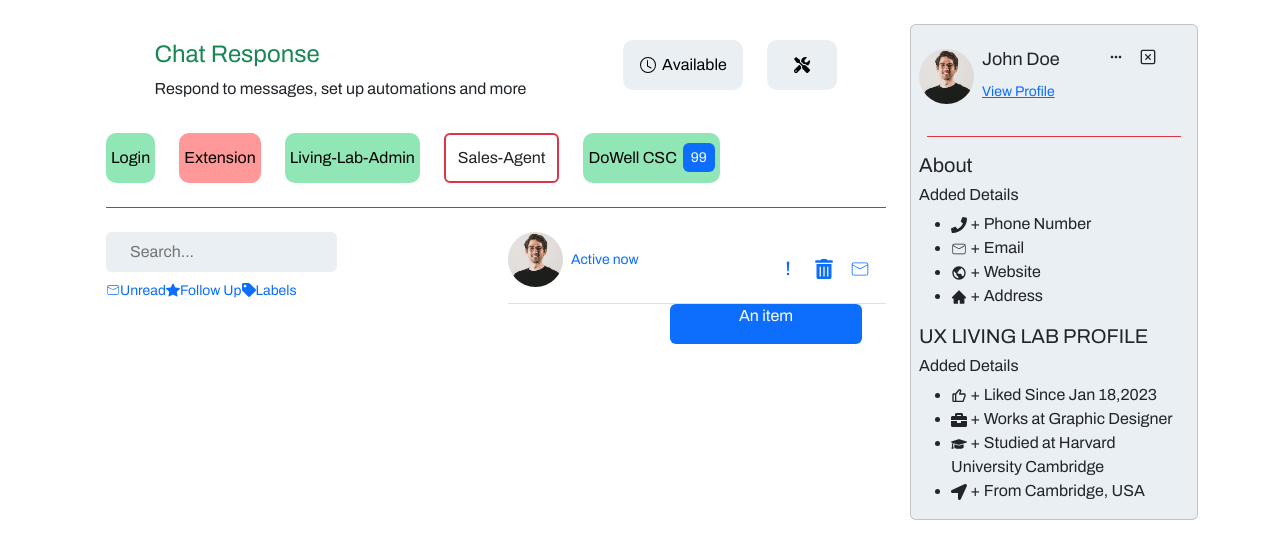
Repository: uh-sman/UX-Living-Lab-Chat
Page: /
An editor plug-in stored every save of this project. The page is shown before and after the next save, followed by the edit.
The browser window is 1280 px wide. The pictures show the whole page.
The project was rebuilt for these pictures with package versions that can differ from the ones it lists, and the page was loaded fresh each time.

Above is the page before, as saved 2023-05-10 17:50:43.

### public/index.html
<!DOCTYPE html>
<html lang="en">
  <head>
    <meta charset="utf-8" />
    <link rel="icon" href="%PUBLIC_URL%/favicon.ico" />
    <meta name="viewport" content="width=device-width, initial-scale=1" />
    <meta name="theme-color" content="#000000" />
    <meta
      name="description"
      content="Web site created using create-react-app"
    />
    <link rel="apple-touch-icon" href="%PUBLIC_URL%/logo192.png" />
    <!--
      manifest.json provides metadata used when your web app is installed on a
      user's mobile device or desktop. See https://developers.google.com/web/fundamentals/web-app-manifest/
    -->
    <link rel="manifest" href="%PUBLIC_URL%/manifest.json" />
    <!-- font awsome CDN -->

    <link
      rel="stylesheet"
      href="https://cdn.jsdelivr.net/npm/@fortawesome/fontawesome-free@6.2.1/css/fontawesome.min.css"
      integrity="sha384-QYIZto+st3yW+o8+5OHfT6S482Zsvz2WfOzpFSXMF9zqeLcFV0/wlZpMtyFcZALm"
      crossorigin="anonymous"
    />
    <!--
      Notice the use of %PUBLIC_URL% in the tags above.
      It will be replaced with the URL of the `public` folder during the build.
      Only files inside the `public` folder can be referenced from the HTML.

      Unlike "/favicon.ico" or "favicon.ico", "%PUBLIC_URL%/favicon.ico" will
      work correctly both with client-side routing and a non-root public URL.
      Learn how to configure a non-root public URL by running `npm run build`.
    -->
    <title>React App</title>
  </head>
  <body>
    <noscript>You need to enable JavaScript to run this app.</noscript>
    <div id="root"></div>
    <!--
      This HTML file is a template.
      If you open it directly in the browser, you will see an empty page.

      You can add webfonts, meta tags, or analytics to this file.
      The build step will place the bundled scripts into the <body> tag.

      To begin the development, run `npm start` or `yarn start`.
      To create a production bundle, use `npm run build` or `yarn build`.
    -->
  </body>
</html>

### src/index.css
* {
  text-decoration: none;
}

### src/App.js
import "./App.css";
import "bootstrap/dist/css/bootstrap.min.css";
import "bootstrap/dist/js/bootstrap.bundle.min";
import Container from "./container";
function App() {
  return (
    <div className="App">
      <Container />
    </div>
  );
}

export default App;

### src/App.css
@import url("https://fonts.googleapis.com/css2?family=Archivo&display=swap");
:root {
  --header-color: #0d7813;
  /* --button-color :#00000;
  --button-color :#90E7B5; */
  --bg-color: #e9eff3;
  /* #90E7B5 */

  --font: "Archivo", sans-serif;
}

* {
  text-decoration: none;
  /* list-style: none; */
  font-family: "Archivo", sans-serif;
}

.body {
  font-family: "Archivo", sans-serif;
}
.header {
  color: var(--header-color);
  font-family: "Archivo", sans-serif;
}
.button {
  display: flex;
  align-items: center;
  background: var(--bg-color);
  justify-content: center;
  height: 50px;
  width: 120px;
  gap: 6px;
  border: none;
  border-radius: 10px;
}
.button2 {
  display: flex;
  align-items: center;
  background: var(--bg-color);
  justify-content: center;
  height: 50px;
  width: 70px;
  gap: 6px;
  border: none;
  border-radius: 10px;
}
.button3 {
  display: flex;
  align-items: center;
  background: #90e7b5;
  justify-content: center;
  height: 50px;
  max-width: contain;
  padding: 0px 5px;
  gap: 6px;
  border: none;
  border-radius: 10px;
}
.button4 {
  display: flex;
  align-items: center;
  background: #ff9898;
  justify-content: center;
  height: 50px;
  max-width: contain;
  padding: 0px 5px;
  gap: 6px;
  border: none;
  border-radius: 10px;
}
.image-style {
  width: 55px;
  height: 55px;
  border-radius: 500px;
}
.cardBody {
  background-color: var(--bg-color);
}
.input {
  border: var(--bg-color);
  outline: none;
  background: var(--bg-color);
}

### src/container/index.js
import React from "react";
import ChatSection from "./ChatSection";
import DetailsSection from "./DetailsSection";
const Container = () => {
  return (
    <div className="container">
      <div className="d-flex justify-content-around my-4">
        <ChatSection />
        <DetailsSection />
      </div>
    </div>
  );
};

export default Container;

### src/container/ChatSection.js
import React from "react";
import ChatHeader from "./ChatItems/ChatHeader";
import ProfileHead from "./Chats/message/ProfileHead";
import SearchBar from "./Chats/SearchBar";

const ChatSection = () => {
  return (
    <div className="container">
      <ChatHeader />
      {/* chats come here */}
      <div className="d-flex my-2">
        <SearchBar />
        <ProfileHead />
      </div>
    </div>
  );
};

export default ChatSection;

### src/container/DetailsSection.jsx
import React from "react";
import user from "../assets/user.jpg";
import AboutDetails from "./Details/AboutDetails";
import DetailsSectionButton from "./DetailsSectionButton";
const DetailsSection = ({ title, about }) => {
  return (
    <div>
      <div
        className="card"
        style={{ width: "18rem", backgroundColor: "#e9eff3" }}
      >
        <div className="mx-2">
          <div className="d-flex gap-5 mt-4 ">
            <figure className="d-flex gap-2">
              <img src={user} className=" image-style" />
              <div className="">
                <h4 className="body fw-bold" style={{ fontSize: "18px" }}>
                  {title}
                </h4>
                <a href="" className="fw-bold" style={{ fontSize: "14px" }}>
                  View Profile
                </a>
              </div>
            </figure>
            <DetailsSectionButton />
          </div>
          <div className="border-bottom border-danger mx-2 my-3"></div>
          <div className=""></div>
          {/* DETAILS */}
          <AboutDetails />
        </div>
      </div>
    </div>
  );
};
DetailsSection.defaultProps = {
  title: "John Doe",
  about: "About",
};

export default DetailsSection;

### src/container/ChatItems/ChatHeader.jsx
import React from "react";
import Buttons from "./Buttons";
import HeaderButtons from "./HeaderButtons";

const ChatHeader = ({ title, caption }) => {
  return (
    <div className="container">
      <div className=" d-flex justify-content-around my-3">
        <header>
          <h1 className="header fs-4 fw-bold text-success">{title}</h1>
          <p className="fw-medium  Header-font">{caption}</p>
        </header>
        <HeaderButtons />
      </div>
      <Buttons />
      <div className="border-bottom border-success my-4"></div>
    </div>
  );
};

export default ChatHeader;
ChatHeader.defaultProps = {
  title: "Chat Response",
  caption: "Respond to messages, set up automations and more",
};

### src/container/Chats/message/ProfileHead.jsx
import React from "react";
import { FaTrashAlt } from "react-icons/fa";
import user from "../../../assets/user.jpg";
import ChatIcons from "./ChatIcons";
import Message from "./Message";
const ProfileHead = () => {
  return (
    <div className="container overflow-y-scroll">
      <div className="d-flex justify-content-between  align-items-center border-bottom">
        <figure className="d-flex gap-2 align-items-center">
          <img src={user} className=" image-style" />
          <div className="">
            {/* Status active now if true show active */}
            <small className="text-primary">Active now</small>
          </div>
        </figure>
        <ChatIcons />
      </div>
      <Message />
    </div>
  );
};

export default ProfileHead;

### src/container/Chats/SearchBar.jsx
import React from "react";
import { FaSearch } from "react-icons/fa";
import Icons from "./Icons";
// BsStarFill;
const SearchBar = () => {
  return (
    <div className="container">
      <div className="overflow-y-scroll">
        <form>
          <input
            className="input rounded bi bi-search py-2 px-4"
            placeholder="Search..."
          />
          <i className="bi bi-search"></i>
        </form>
        <Icons />
      </div>
    </div>
  );
};

export default SearchBar;

### src/container/Details/AboutDetails.jsx
import React from "react";
import {
  FaPhone,
  FaBriefcase,
  FaGraduationCap,
  FaLocationArrow,
} from "react-icons/fa";
import { CiMail } from "react-icons/ci";
import { BiWorld, BiLike } from "react-icons/bi";
import { AiFillHome } from "react-icons/ai";
const AboutDetails = ({ title, ux }) => {
  const data = [
    {
      phone: "Phone Number",
      email: "Email",
      web: "Website",
    },
  ];
  return (
    <div>
      <div className="">
        <h5>{title}</h5>
        <main>
          <h6>Added Details</h6>
          <div className="">
            <ul>
              <li>
                <FaPhone /> + Phone Number
              </li>
              <li>
                <CiMail /> + Email
              </li>
              <li>
                <BiWorld /> + Website
              </li>
              <li>
                <AiFillHome /> + Address
              </li>
            </ul>
          </div>
        </main>
      </div>
      <div className="">
        <h5>{ux}</h5>
        <main>
          <h6>Added Details</h6>
          <div className="">
            <ul>
              <li>
                <BiLike /> + Liked Since Jan 18,2023
                {/* date from the api */}
              </li>
              <li>
                <FaBriefcase /> + Works at Graphic Designer
              </li>
              <li>
                <FaGraduationCap /> + Studied at Harvard University Cambridge
                {/* Place of work from the api */}
              </li>
              <li>
                <FaLocationArrow /> + From Cambridge, USA
              </li>
            </ul>
          </div>
        </main>
      </div>
    </div>
  );
};

export default AboutDetails;

AboutDetails.defaultProps = {
  title: "About",
  ux: "UX LIVING LAB PROFILE",
};

### src/container/DetailsSectionButton.jsx
import React from "react";
import { MdOutlineMoreHoriz } from "react-icons/md";
import { CgCloseR } from "react-icons/cg";
const DetailsSectionButton = () => {
  return (
    <div>
      <div className="d-flex gap-3">
        <MdOutlineMoreHoriz />
        <CgCloseR />
      </div>
    </div>
  );
};

export default DetailsSectionButton;

### src/container/ChatItems/Buttons.jsx
import React from "react";

const Buttons = () => {
  return (
    <div className="d-flex gap-4">
      <button type="button" className="button3">
        Login
      </button>
      <button type="button" className="button4">
        Extension
      </button>
      <button type="button" className="button3">
        Living-Lab-Admin
      </button>
      <button type="button" className="btn border-danger border-2">
        Sales-Agent
      </button>
      <button type="button" className="button3">
        DoWell CSC
        <small className="bg-primary text-white px-2 py-1 rounded">
          {"99"}
        </small>
      </button>
    </div>
  );
};

export default Buttons;

### src/container/ChatItems/HeaderButtons.jsx
import React from "react";
import { BsClock } from "react-icons/bs";
import { FaTools } from "react-icons/fa";
const HeaderButtons = () => {
  return (
    <div className="d-flex gap-4">
      <button type="button" className="button">
        <BsClock className="" />
        Available
      </button>
      <button type="button" className="button2">
        <FaTools />
      </button>
    </div>
  );
};

export default HeaderButtons;

### src/container/Chats/message/ChatIcons.jsx
import React from "react";
import { FaTrashAlt } from "react-icons/fa";
import { BsExclamationLg } from "react-icons/bs";
import { CiMail } from "react-icons/ci";
const ChatIcons = () => {
  return (
    <div className="mx-3">
      <div className="d-flex gap-3">
        <small className="text-primary fs-5"></small>
        <small className="text-primary fs-5">
          <BsExclamationLg />
        </small>
        <small className="text-primary fs-5">
          <FaTrashAlt />
        </small>

        <small className="text-primary fs-5">
          <CiMail />
        </small>
      </div>
    </div>
  );
};

export default ChatIcons;

### src/container/Chats/message/Message.jsx
import React, { useState } from "react";

const Message = () => {
  const [message, setMessage] = useState(true);
  return (
    <div className="mx-4">
      <div className="d-flex justify-content-end ">
        {message ? (
          <div
            class="bg-primary text-white rounded text-center"
            style={{ width: "12rem", height: "40px" }}
          >
            <li class="list-group-item">An item</li>
          </div>
        ) : null}
      </div>
    </div>
  );
};

export default Message;

### src/container/Chats/Icons.jsx
import React from "react";
import { CiMail } from "react-icons/ci";
import { BsStarFill } from "react-icons/bs";
import { FaTag } from "react-icons/fa";
const Icons = () => {
  return (
    <div>
      <div className="d-flex text-primary my-2">
        <small className="d-flex align-items-center">
          <CiMail /> Unread
        </small>
        <small className="d-flex align-items-center">
          <BsStarFill /> Follow Up
        </small>
        <small className="d-flex align-items-center">
          <FaTag />
          Labels
        </small>
      </div>
    </div>
  );
};

export default Icons;

Loaded but not shown: src/index.js (common file)

After the next save:
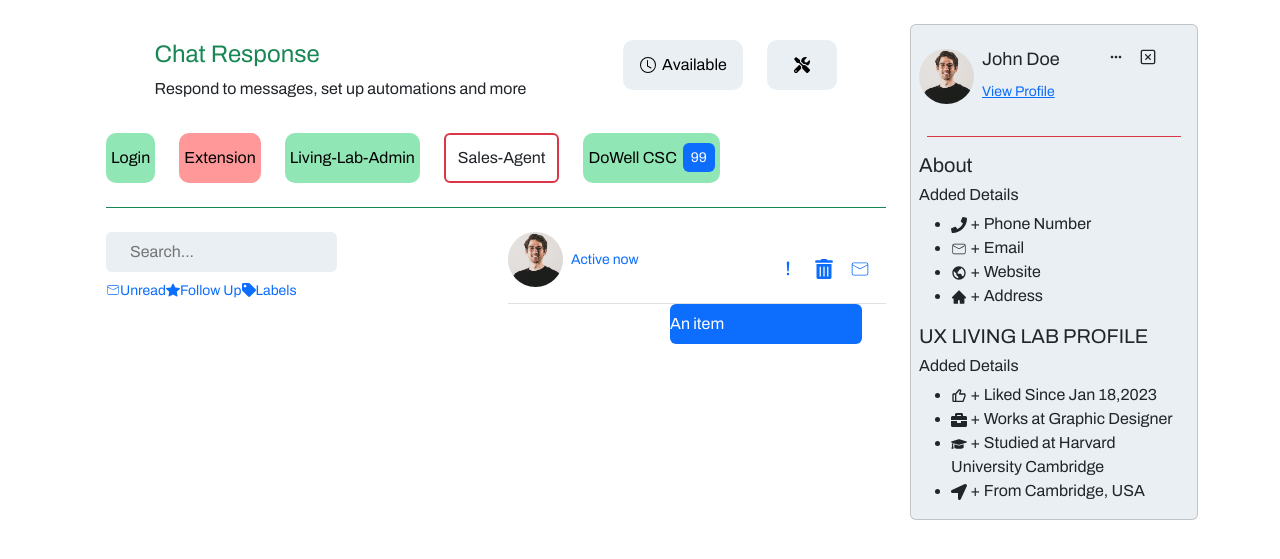
Saved 28 s later.
--- a/src/container/Chats/message/Message.jsx
+++ b/src/container/Chats/message/Message.jsx
@@ -7,7 +7,7 @@ const Message = () => {
       <div className="d-flex justify-content-end ">
         {message ? (
           <div
-            class="bg-primary text-white rounded text-center"
+            class="bg-primary text-white rounded d-flex align-items-center"
             style={{ width: "12rem", height: "40px" }}
           >
             <li class="list-group-item">An item</li>
